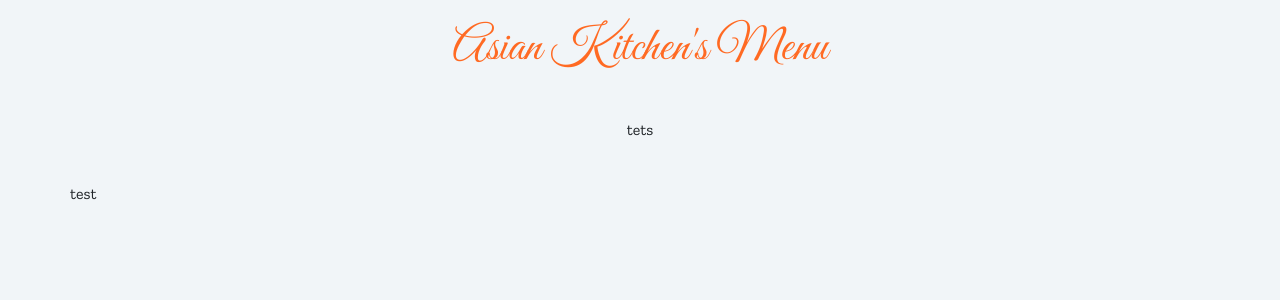
Repository: rizacantire/javascript
Page: Odev3/index.html
The author's editor kept a copy of each file at every save. The page is drawn from the files as they stood at one save, then again after the next save.
The browser window is 1280 px wide. The pictures show the whole page.

Above is the page before, as saved 2021-12-11 23:18:51.

After the next save:
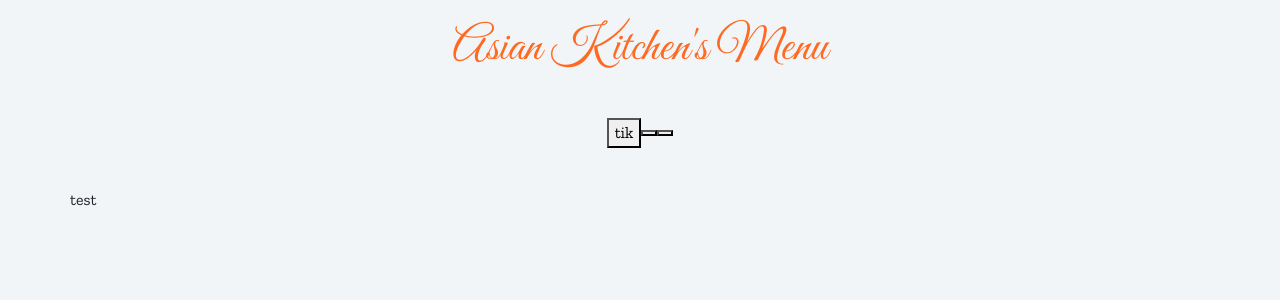
Saved 20 s later.
--- a/Odev3/index.html
+++ b/Odev3/index.html
@@ -27,7 +27,9 @@
           <h2>Asian Kitchen's Menu</h2>
         </div>
         <!-- filter buttons-->
-        <div class="btn-container">tets</div>
+        <div class="btn-container">
+            <button>tik</button><button></button><button></button>
+        </div>
         <!-- menu items -->
         <div class="section-center row">
           <!-- single-item -->
